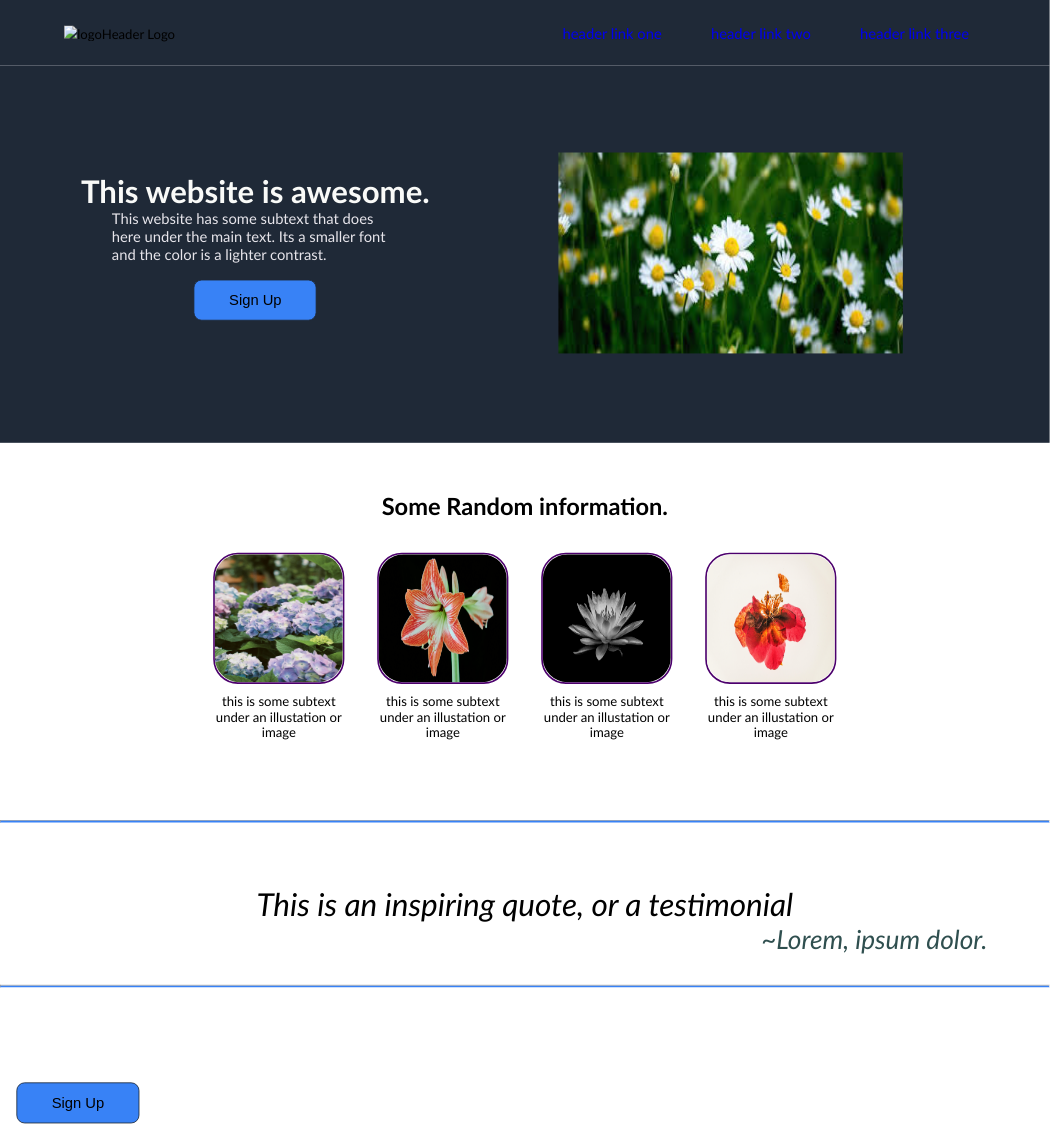
Repository: CassieHardluck/Landing-Page
Page: index.html
These files come from the project's save history. The page is drawn as it stood at one moment and after the next save; the edit follows.
The browser window is 1280 px wide. The pictures show the whole page, at 82% of full size.

Above is the page before, as saved 2024-06-02 02:46:07.

After the next save:
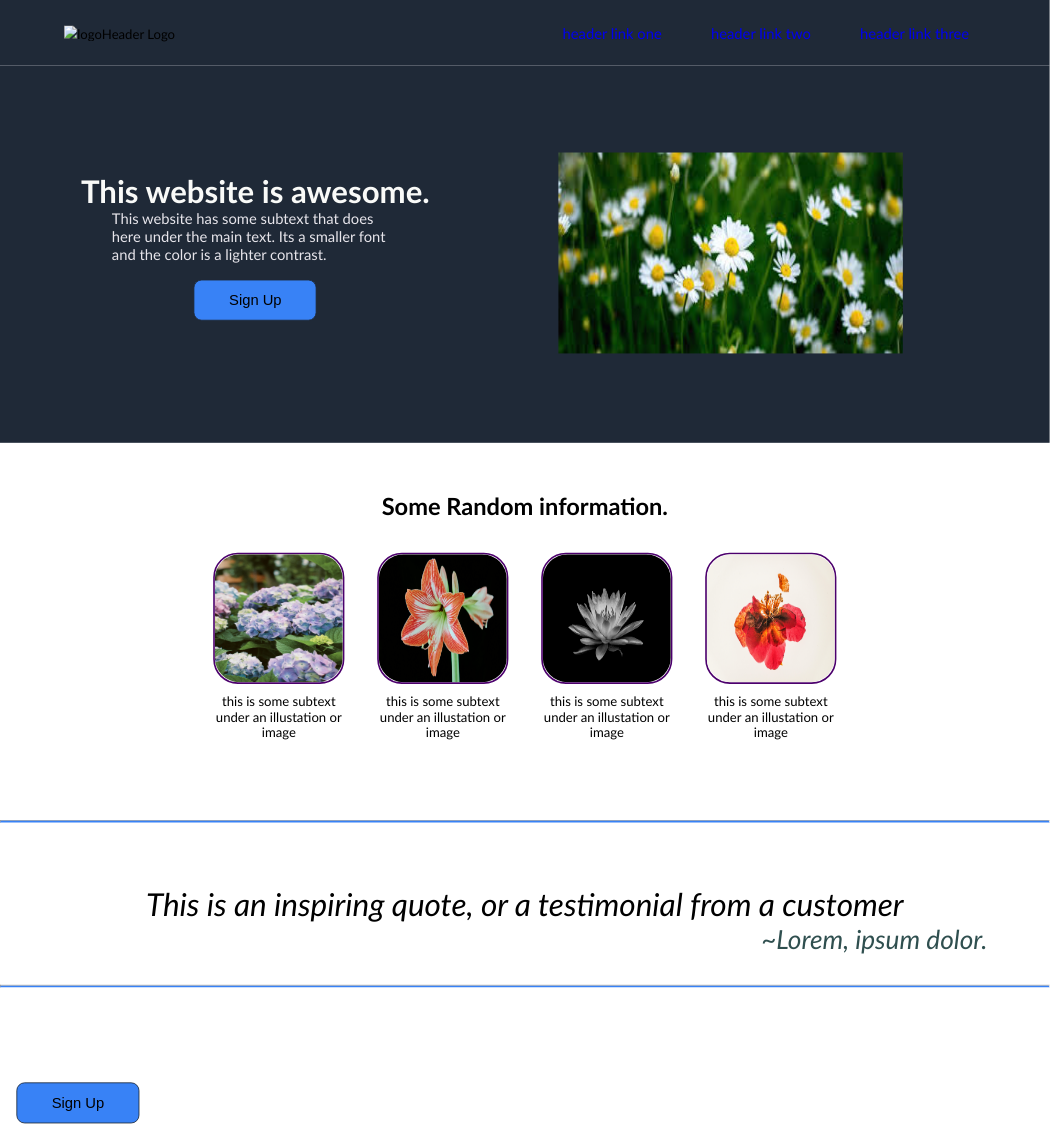
Saved 4 s later.
--- a/index.html
+++ b/index.html
@@ -81,7 +81,7 @@
         </section>
         <section id="quote">
           <hr>
-          <blockquote class="quote-text">This is an inspiring quote, or a testimonial<br> <span class="quote-author">~Lorem, ipsum dolor.</span></blockquote>
+          <blockquote class="quote-text">This is an inspiring quote, or a testimonial from a customer<br> <span class="quote-author">~Lorem, ipsum dolor.</span></blockquote>
           <hr>
         </section>
         <section id="contact">
